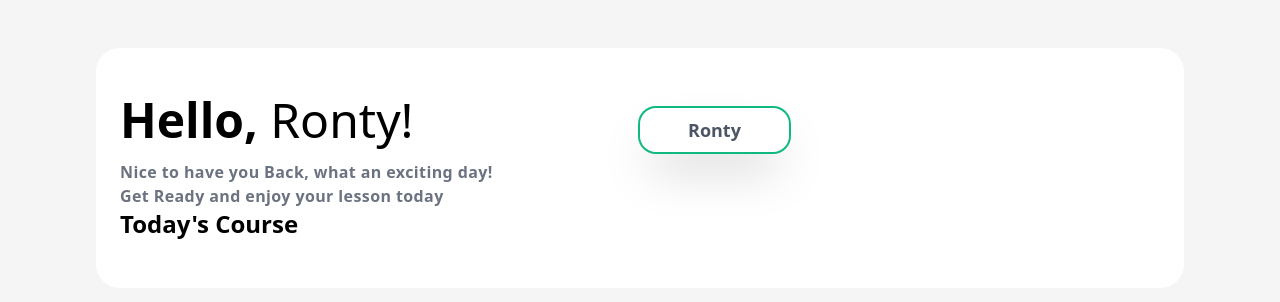
Repository: coolronts/Vite-Tailwind
Page: /
These files come from the project's save history. The page is drawn as it stood at one moment and after the next save; the edit follows.
The browser window is 1280 px wide. The pictures show the whole page.
The project was rebuilt for these pictures with package versions that can differ from the ones it lists, and the page was loaded fresh each time. Also part of the build but not shown: vite.config.js, src/components/Card/index.jsx.

Above is the page before, as saved 2021-11-26 07:14:20.

### src/App.jsx
import './App.css'

import { PrimaryButton, SecondaryButton } from './components/Button'

import {PrimaryCard} from './components/Card'
import SplitScreen from './components/SplitScreen'
import { useState } from 'react'

function App() {

  return (
    <div className="App bg-white my-12 mx-24 rounded-3xl px-6 py-12">
      <SplitScreen>
        <div id="left">
          <div>
            <h3 className="text-5xl font-sans font-bold mb-4">Hello, <span className="font-light">Ronty!</span> </h3>
            <h5 className="font-semibold tracking-wide text-gray-500">Nice to have you Back, what an exciting day!</h5>
            <h5 className="font-semibold tracking-wide text-gray-500">Get Ready and enjoy your lesson today</h5>
          </div>

          <div>
            <p className="text-2xl font-bold  font-sans">Today's Course</p>
          </div>

        </div>

        <div id="right">
          <SecondaryButton name="Ronty"/>
        </div>


      </SplitScreen>
    </div>
  )
}

export default App

### src/components/Button/index.jsx
import React from 'react'

export const PrimaryButton = ({name}) =>{
  return (
    <button className="bg-green-500 px-12 py-2 ring-2 ring-green-500 text-white text-lg font-semibold shadow-2xl rounded-2xl mt-3">
      {name}
    </button>
  )
}

export const SecondaryButton = ({name}) =>{
  return (
    <button className="bg-white px-12 py-2 ring-2 ring-green-500 text-gray-600 text-lg font-semibold shadow-2xl rounded-2xl mt-3">
      {name}
    </button>
  )
}

### src/components/SplitScreen/index.jsx
import PropTypes from 'prop-types'
import React from "react"
import tw from "tailwind-styled-components"

const Container = tw.div`${(props) => props.weight}`;

const Pane = tw.div`${(props) => props.weight}`;

const SplitScreen = ({
	children,
	containerWeight = 'flex w-full',
  leftWeight = 'w-1/2',
	rightWeight = 'w-1/2',
}) => {
	const [left, right] = children;
	return (
		<Container className={containerWeight}>
			<Pane className={leftWeight}>
				{left}
			</Pane>
			<Pane className={rightWeight}>
				{right}
			</Pane>
		</Container>
	);
}

export default SplitScreen

SplitScreen.propTypes = {
	children: PropTypes.arrayOf(PropTypes.node).isRequired,
	containerWeight: PropTypes.string,
	leftWeight: PropTypes.string,
	rightWeight: PropTypes.string,
}

Loaded but not shown: index.html (common file); src/main.jsx (common file); src/index.css (common file); src/App.css (common file); tailwind.config.js (common file)

After the next save:
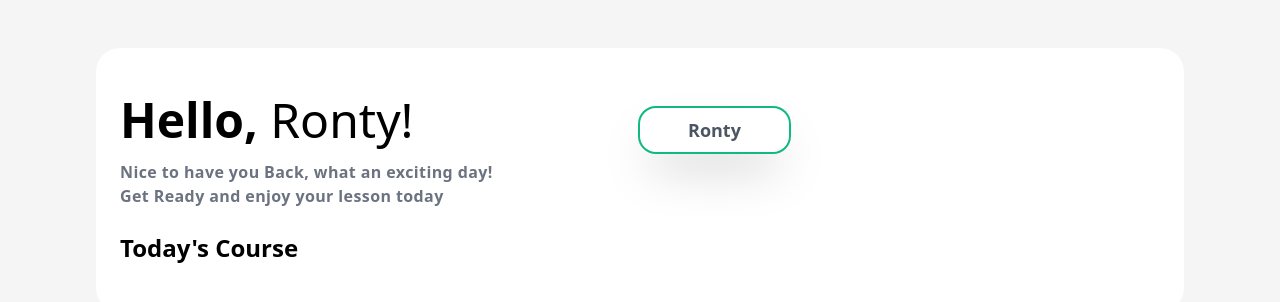
Saved 27 s later.
--- a/src/App.jsx
+++ b/src/App.jsx
@@ -12,7 +12,7 @@ function App() {
     <div className="App bg-white my-12 mx-24 rounded-3xl px-6 py-12">
       <SplitScreen>
         <div id="left">
-          <div>
+          <div className="mb-6">
             <h3 className="text-5xl font-sans font-bold mb-4">Hello, <span className="font-light">Ronty!</span> </h3>
             <h5 className="font-semibold tracking-wide text-gray-500">Nice to have you Back, what an exciting day!</h5>
             <h5 className="font-semibold tracking-wide text-gray-500">Get Ready and enjoy your lesson today</h5>
